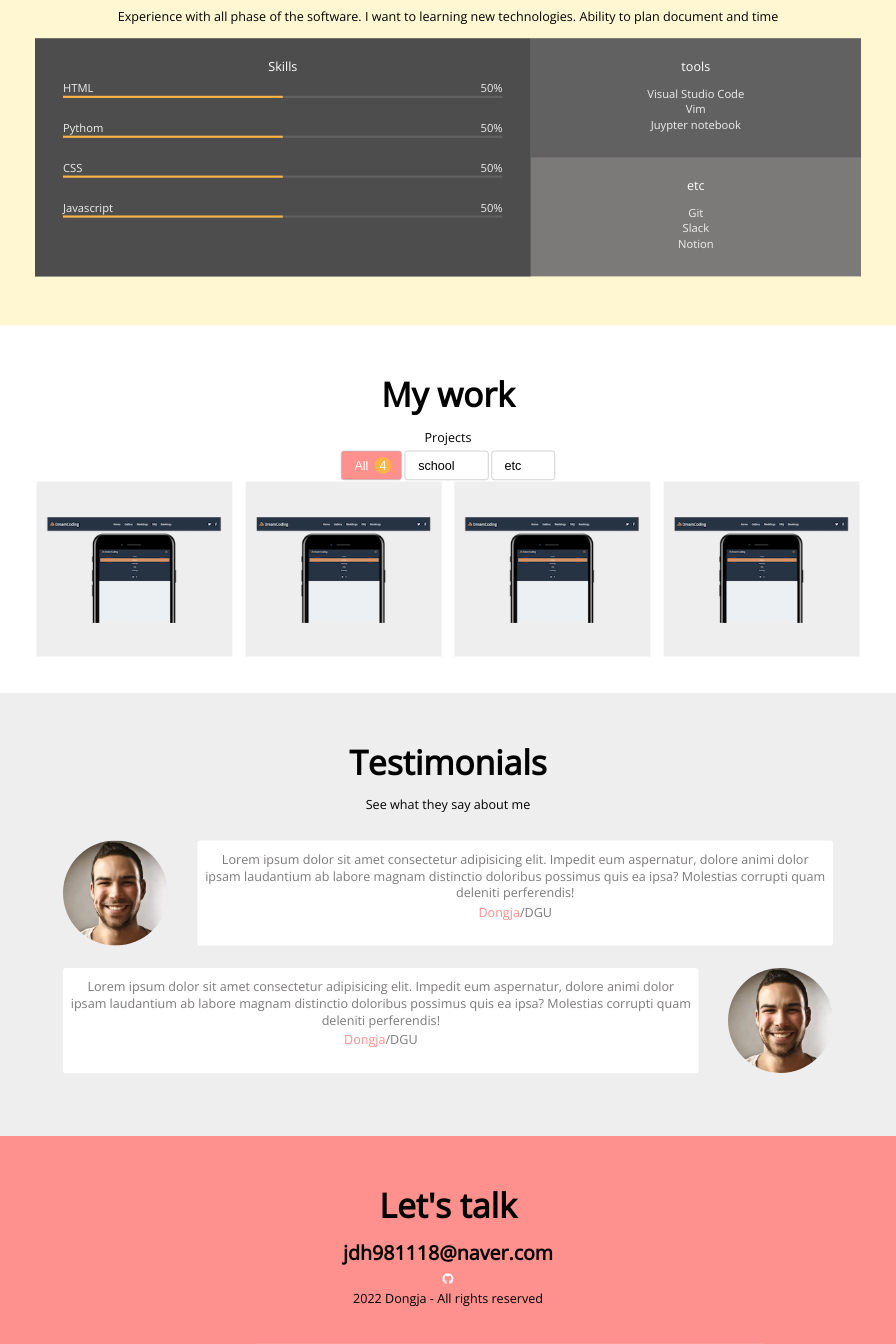
Repository: DongjaJ/portfolio
Page: index.html
The author's editor kept a copy of each file at every save. The page is drawn from the files as they stood at one save, then again after the next save.
The browser window is 1280 px wide. The pictures show the part of the page from y = 1777 to 3697 px (the page is 3697 px tall), at 70% of full size.
Some web libraries are served in a nearby version.

Above is the page before, as saved 2022-06-15 21:21:58.

### index.html
<!DOCTYPE html>
<html lang="en">
<head>
	<meta charset="UTF-8">
	<meta http-equiv="X-UA-Compatible" content="IE=edge">
	<meta name="viewport" content="width=device-width, initial-scale=1.0">
	<title>Dongja's Portfolio</title>
	<meta name ="description" content= "Portfolio for Dongja">
	<meta name ="author" content= "Dongja">
	<link rel="icon" type ="image/png" href="imgs/favicon.png"/>
	<script
		src="https://kit.fontawesome.com/4d499a68c2.js"
		crossorigin="anonymous"
	></script>
	<link rel="preconnect" href="https://fonts.googleapis.com">
	<link rel="preconnect" href="https://fonts.gstatic.com" crossorigin>
	<link href="https://fonts.googleapis.com/css2?family=Open+Sans:ital,wght@0,400;1,600;1,700&display=swap" rel="stylesheet">
	<link rel = "stylesheet" href="style.css"/>
	<script src ="main.js" defer></script>
</head>
<body>
	<!-- Navbar -->
	<nav id="navbar">
		<div class="navbar__logo">
			<i class="fa-solid fa-ice-cream"></i>
			<a href="#">Dongja</a>
		</div>
		<ul class="navbar__menu">
			<li class="navbar__menu__item active">Home</li>
			<li class="navbar__menu__item">About</li>
			<li class="navbar__menu__item">Skills</li>
			<li class="navbar__menu__item">Work</li>
			<li class="navbar__menu__item">Testimonials</li>
			<li class="navbar__menu__item">Contact</li>
		</ul>
	</nav>
	<!-- Home -->
	<section id="home">
		<img src="imgs/dragon-solid.png"
			alt="dongja's profile photo"
			class="home__avatar"/>
		<h1 class="home__title">Hello, <br/>I'm donghwan</h1>
		<h2 class="home__description">developer for full stack</h2>
		<button class="home__contact">Contact me</button>
	</section>
	<!-- About -->
	<section id="about" class="section section__container">
		<h1>About me</h1>
		<p>I studied C++,C. I am Studying frontend.
			And I want to study Backend!<br/>
			I'm studying react for frontend,
			and I want to study node.js for backend.
		</p>
		<div class="about__major">
			<div class="major">
				<div class="major__icon">
					<i class="fa-solid fa-c"></i>
				</div>
				<h2 class="major__title">C</h2>
				<div class="__major__description">C,C++</div>
			</div>
			<div class="major">
				<div class="major__icon">
					<i class="fa-brands fa-js"></i>
				</div>
				<h2 class="major__title">Frontend</h2>
				<div class="__major__description">Html, css, javascript</div>
			</div>
			<div class="major">
				<div class="major__icon">
					<i class="fa-brands fa-node"></i>
				</div>
				<h2 class="major__title">Backend</h2>
				<div class="__major__description">python, node.js</div>
			</div>
		</div>
		<div class="about__school" >
			<div class="school">
				<img src="/imgs/school.png" alt="logo-dongguk university" class="school__logo">
				<div class="school__description">
					<div class="school_name">dongguk university</div>
				<div class="school_period">4years</div>
				</div>
			</div>
		</div>
		<div class="about__school">
			<div class="school">
				<img src="/imgs/flower.png" alt="logo-dongguk university" class="school__logo">
				<div class="school__description">
					<div class="school_name">dongguk university</div>
				<div class="school_period">4years</div>
				</div>
			</div>
		</div>
	</section>
	<!-- Skills -->
	<section id="skills" class="section">
		<div class="section__container">
			<h1>Skills</h1>
			<h2>Skills & Attribute</h2>
			<p>
				Experience with all phase of the software. I want to learning
				new technologies. Ability to plan document and time
			</p>
			<div class="skillset">
				<div class="skillset_left">
					<h3 class="skillset_title">Skills</h3>
					<div class="skill">
						<div class="skill_description">
							<span>HTML</span>
							<span>50%</span>
						</div>
						<div class="skill_bar">
							<div class="skill_value" style="width: 50%;"></div>
						</div>
					</div>
					<div class="skill">
						<div class="skill_description">
							<span>Pythom</span>
							<span>50%</span>
						</div>
						<div class="skill_bar">
							<div class="skill_value" style="width: 50%;"></div>
						</div>
					</div>
					<div class="skill">
						<div class="skill_description">
							<span>CSS</span>
							<span>50%</span>
						</div>
						<div class="skill_bar">
							<div class="skill_value" style="width: 50%;"></div>
						</div>
					</div>
					<div class="skill">
						<div class="skill_description">
							<span>Javascript</span>
							<span>50%</span>
						</div>
						<div class="skill_bar">
							<div class="skill_value" style="width: 50%;"></div>
						</div>
					</div>
				</div>
				<div class="skillset_right">
					<div class="tools">
						<h3 class="skillset_title">tools</h3>
						<ul class="tools__list">
							<li><span>Visual Studio Code</span></li>
							<li><span>Vim</span></li>
							<li><span>Juypter notebook</span></li>
						</ul>
					</div>
					<div class="etc">
						<h3 class="skillset_title">etc</h3>
						<ul class="ec__list">
							<li><span>Git</span></li>
							<li><span>Slack</span></li>
							<li><span>Notion</span></li>
						</ul>
					</div>
				</div>
			</div>
		</div>
	</section>
	<!-- Work -->
	<section id="work" class="section">
		<h1>My work</h1>
		<h3>Projects</h3>
		<div class="work__categories">
			<button class="category__btn active">All <span class="category__count">4</span></button>
			<button class="category__btn">school <span class="category__count">2</span></button>
			<button class="category__btn">etc <span class="category__count">2</span></button>
		</div>
		<div class="work__projects">
			<a
			href="https://github.com/DongjaJ"
			class="project"
			target="blank"
			>
			<img src="imgs/navbar-200518-191508.webp" alt="" class="project__img">
			<div class="project__description">
				<h3>Sample site</h3>
				<span>Clone coding with portfolio</span>
			</div>
		</a>
		<a
		href="https://github.com/DongjaJ"
		class="project"
		target="blank"
		>
		<img src="imgs/navbar-200518-191508.webp" alt="" class="project__img">
		<div class="project__description">
			<h3>Sample site</h3>
			<span>Clone coding with portfolio</span>
		</div>
		</a>
		<a
	href="https://github.com/DongjaJ"
	class="project"
	target="blank"
	>
	<img src="imgs/navbar-200518-191508.webp" alt="" class="project__img">
	<div class="project__description">
		<h3>Sample site</h3>
		<span>Clone coding with portfolio</span>
	</div>
		</a>
		<a
href="https://github.com/DongjaJ"
class="project"
target="blank"
>
<img src="imgs/navbar-200518-191508.webp" alt="" class="project__img">
<div class="project__description">
	<h3>Sample site</h3>
	<span>Clone coding with portfolio</span>
</div>
		</a>
		</div>
	</section>

	<!-- Testimonials -->
	<section id="testimonials" class="section">
	<h1>Testimonials</h1>
	<h3>See what they say about me</h3>
	<div class="testimonials">
		<div class="testimonial">
			<img
			src="imgs/people1-200515-154332.webp"
			alt="People"
			class="testimonial__avatar"
			>
			<div class="testimonial__speech-bubble">
				<p>Lorem ipsum dolor sit amet consectetur adipisicing elit. Impedit eum aspernatur, dolore animi dolor ipsam laudantium ab labore magnam distinctio doloribus possimus quis ea ipsa? Molestias corrupti quam deleniti perferendis!</p>
				<p class="name"><a href="">Dongja</a>/DGU</p>
			</div>
		</div>
		<div class="testimonial">
			<div class="testimonial__speech-bubble">
				<p>Lorem ipsum dolor sit amet consectetur adipisicing elit. Impedit eum aspernatur, dolore animi dolor ipsam laudantium ab labore magnam distinctio doloribus possimus quis ea ipsa? Molestias corrupti quam deleniti perferendis!</p>
				<p class="name"><a href="">Dongja</a>/DGU</p>
			</div>
			<img
			src="imgs/people1-200515-154332.webp"
			alt="People"
			class="testimonial__avatar"
			>
		</div>
	</div>
</section>
	<!-- Contact -->
	<section id="contact" class="section">
		<h1 class="contact__title">Let's talk</h1>
		<h2 class="contact__email">jdh981118@naver.com</h2>
		<div class="contact__links">
			<a href="https://github.com/DongjaJ">
				<i class="fa-brands fa-github"></i>
			</a>
			<p class="contact__rights">
				2022 Dongja - All rights reserved
			</p>
		</div>
	</section>
</body>
</html>

### style.css
/* Global */
:root{
	/* Color */
	--color-white: #ffffff;
	--color-light-white: #eeeeee;
	--color-dark-white: #bdbdbd;
	--color-pink: #fe918d;
	--color-dark-pink: #ff6863;
	--color-dark-grey: #4d4d4d;
	--color-grey: #616161;
	--color-light-grey: #7c7979;
	--color-blue: #73aace;
	--color-yellow: #fff7d1;
	--color-orange: #feb546;
	--color-black: #000000;
	/* Font size */
	--font-large: 48px;
	--font-medium: 28px;
	--font-regular: 18px;
	--font-small: 16px;
	--font-micro: 14px;
	/* Font weight */
	--weight-bold: 700;
	--weight-semi-bold:600;
	--weight-regular:400;

	/* Size */
	--size-border-radius: 4px;

	/* Animation */
	--animation-delay: 300ms;
}

/* Universal tags */
*{
	box-sizing: border-box;
}

body {
	margin: 0;
	font-family: 'Open Sans', sans-serif;
	cursor: default;
}

a{
	text-decoration: none;
	color: var(--color-white);
}

ul{
	padding-left: 0;
}

li{
	list-style: none;
}

button{
	background: transparent;
	cursor: pointer;
	border: none;
	outline: none;
}

/* Typography */
h1 {
	font-size: var(--font-large);
	font-weight: var(--weight-bold);
	color: var(--color-black);
	margin: 16px 0px;
}

h2{
	font-size: var(--font-medium);
	font-weight: var(--weight-semi-bold);
	color: var(--color-black);
	margin: 8px 0px;
}

h3{
	font-size: var(--font-regular);
	font-weight: var(--weight-regular);
	color: var(--color-black);
	margin: 8px 0;
}

p{
	font-size: var(--font-regular);
	font-weight: var(--font-regular);
	color: var(--color-black);
	margin: 4px 0;
}

/* navbar */
#navbar{
	display: flex;
	justify-content: space-between;
	background-color: var(--color-pink);
	align-items: center;
	color: var(--color-white);
	padding: 16px;
}

.navbar__logo{
	font-size: var(--font-medium);
	font-weight: var(--weight-semi-bold);
}

.navbar__menu{
	display: flex;
}

.navbar__menu__item{
	padding: 8px 12px;
	margin: 0 4px ;
	cursor: pointer;
	border-radius: var(--size-border-radius);
}
.navbar__menu__item.active{
	border: 1px solid var(--color-white);
}

.navbar__menu__item:hover{
	background-color: var(--color-dark-pink);
}

/* Home */
#home{
	background: url("imgs/homebackground-200515-154505.webp") center/cover no-repeat;
	padding: 40px;
	text-align: center;
}

.home__avatar{
	width: 250px;
	height: 250px;
	border-radius: 50%;
	border: 2px solid var(--color-light-white);
}

.home__title,
.home__description{
	color: var(--color-white);
}

.home__contact{
	color: var(--color-white);
	font-size: var(--font-regular);
	font-weight: var(--weight-bold);
	margin: 24px;
	padding: 8px 12px;
	border: 2px solid var(--color-white);
	border-radius: var(--size-border-radius);
}

/* section common */
.section{
	padding: 50px;
	text-align: center;
	margin: auto;
}

.section__container{
	max-width: 1200px;
}

/* about */
.about__major{
	display: flex;
	justify-content: space-between;
	margin: 80px 0;
}

.major__icon{
	width: 170px;
	height: 170px;
	font-size: 70px;
	line-height: 170px;
	margin: auto;
	border: 1px solid var(--color-blue);
	border-radius: 50%;
	margin-bottom: 16px;
	color: var(--color-blue);
}

.major__icon i:hover{
	color: var(--color-pink);
	transform: rotate(-30deg) scale(1.1);
}

.major__icon i{
	transition: all var(--animation-delay) ease;
}

.major__title, .__major__description{
	color: var(--color-dark-grey);
}

.__major__description{
	font-size: var(--font-small);
}

.school{
	display: flex;
	align-items: center;
}

.school__description{
	margin: 0 16px;
	text-align: left;
}

.school_name, .school_period{
	color: var(--color-light-grey);
}

.school_name{
font-size: var(--font-small);
}

.school_period{
font-size: var(--font-micro);
}

.school__logo{
	width: 100px;
	height: 100px;
}

#skills{
	background-color: var(--color-yellow);
}

.skillset{
	display: flex;
	background-color: var(--color-light-grey);
	color: var(--color-light-white);
	margin: 20px 0;
}

.skillset_title{
	color: var(--color-white);
}

.skillset_left{
	flex-basis: 60%;
	background-color: var(--color-dark-grey);
	padding: 20px 40px;
}

.skill{
	margin-bottom: 32px;
}

.skill_value{
	height: 3px;
	background-color: var(--color-orange);
}

.skill_description{
	display: flex;
	justify-content: space-between;
}

.skill_bar{
	width: 100%;
	height: 3px;
	background-color: var(--color-grey);
}

.skillset_right{
	flex-basis: 40%;
}

.tools{
	background-color: var(--color-grey);
}

.tools, .etc{
	padding: 20px;
}

.category__btn{
	border: solid 1px var(--color-dark-white);
	border-radius: var(--size-border-radius);
	font-size: var(--font-regular);
	padding: 8px 18px;
}

.category__btn.active,
.category__btn:hover{
	background-color: var(--color-pink);
	color: var(--color-white);
}

.category__btn.active .category__count,
.category__btn:hover .category__count{
	opacity: 1;
	top: 0;
}

.category__count{
	background-color: var(--color-orange);
	border-radius: 50%;
	color: var(--color-white);
	width: 24px;
	height: 24px;
	line-height: 24px;
	display: inline-block;
	position: relative;
	top: -20px;
	left: 4px;
	opacity: 0;
	transition: all var(--animation-delay) ease-in;
}

.work__projects{
	display: flex;
	flex-wrap: wrap;
	justify-content: space-between;
}

.project{
	position: relative;
	width: 280px;
	height: 250px;
	margin: 2px;
	background-color: var(--color-light-white);
	display: flex;
	justify-content: center;
	align-items: center;
}

.project__img{
	max-width: 100%;
	max-height: 100%;
}

.project__description{
	position: absolute;
	top: 0;
	left: 0;
	display: flex;
	background-color: var(--color-black);
	flex-direction: column;
	justify-content: center;
	width: 100%;
	height: 100%;
	opacity: 0;
	transform: translateY(10px);
	transition: all var(--animation-delay) ease-in;
}

.project:hover .project__description{
	transform: translateY(0px);
	opacity: 0.8;
}

.project__description h3{
	color: var(--color-white);
}

.project__description h3:after{
	content: '';
	display: block;
	position: relative;
	left: 50%;
	width: 25px;
	height: 2px;
	margin-left: -12px;
	margin-top: 8px;
	background-color: var(--color-dark-white);
}

/* Testimonial */
#testimonials{
	background-color: var(--color-light-white);
}

.testimonials{
	margin: 40px;
}

.testimonial{
	display: flex;
	margin: 32px 0;
}

.testimonial__avatar{
	width: 150px;
	border-radius: 50%;
}

.testimonial__avatar:nth-child(odd){
	margin-right: 42px;
}
.testimonial__avatar:nth-child(even){
	margin-left: 42px;
}

.testimonial__speech-bubble{
	padding: 10px;
	background-color: var(--color-white);
	border-radius: var(--size-border-radius);
}

.testimonial__speech-bubble p{
	color: var(--color-light-grey);
}

.testimonial__speech-bubble a{
	color: var(--color-pink);
}

/* Contact */
#contact{
	background-color: var(--color-pink);
}

Loaded but not shown: main.js (no stored copy; drawn as an empty file)

After the next save:
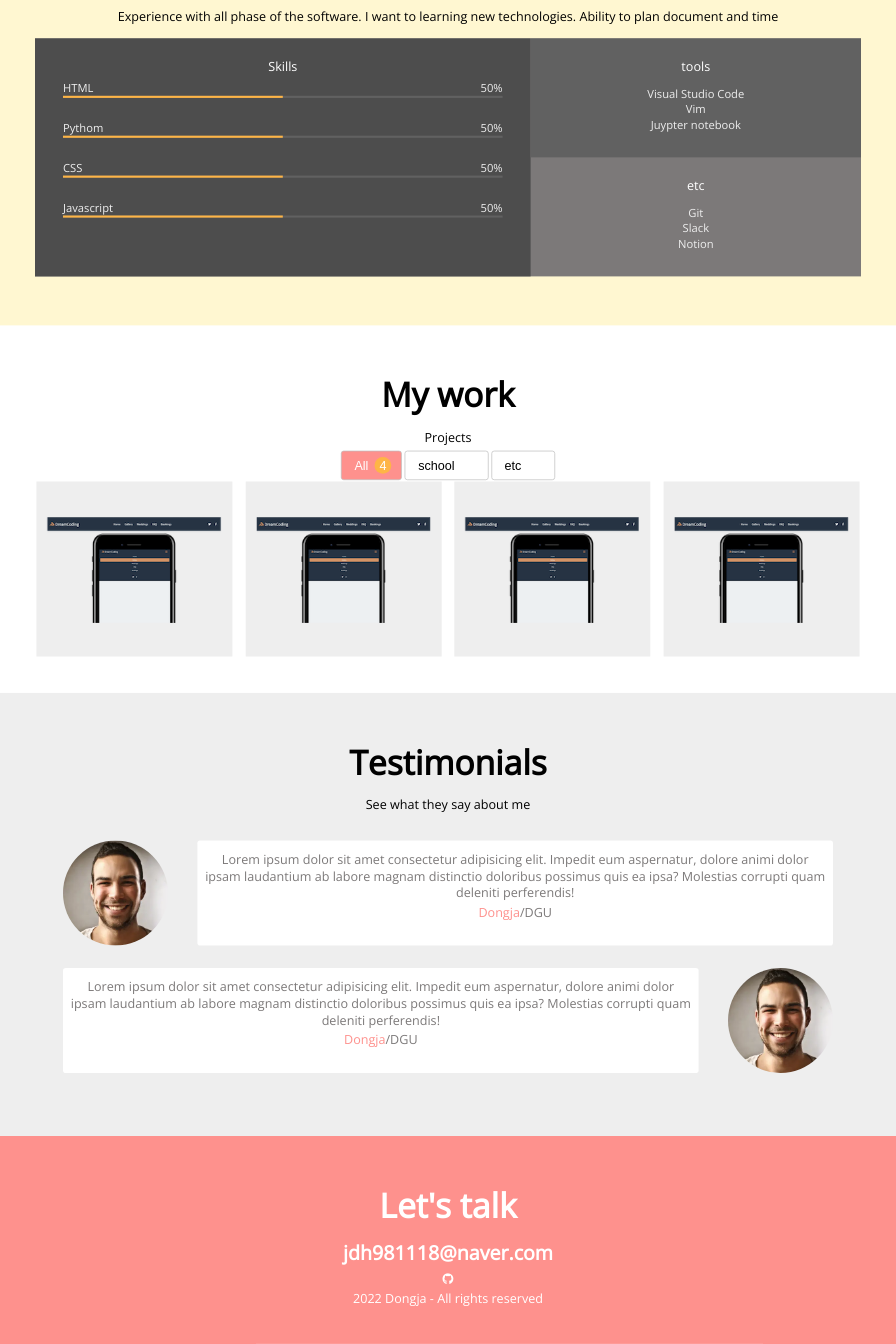
Saved 29 s later.
--- a/style.css
+++ b/style.css
@@ -416,3 +416,11 @@
 #contact{
 	background-color: var(--color-pink);
 }
+
+.contact__title,
+.contact__email,
+.contact__links,
+.contact__rights
+{
+	color: var(--color-white);
+}
